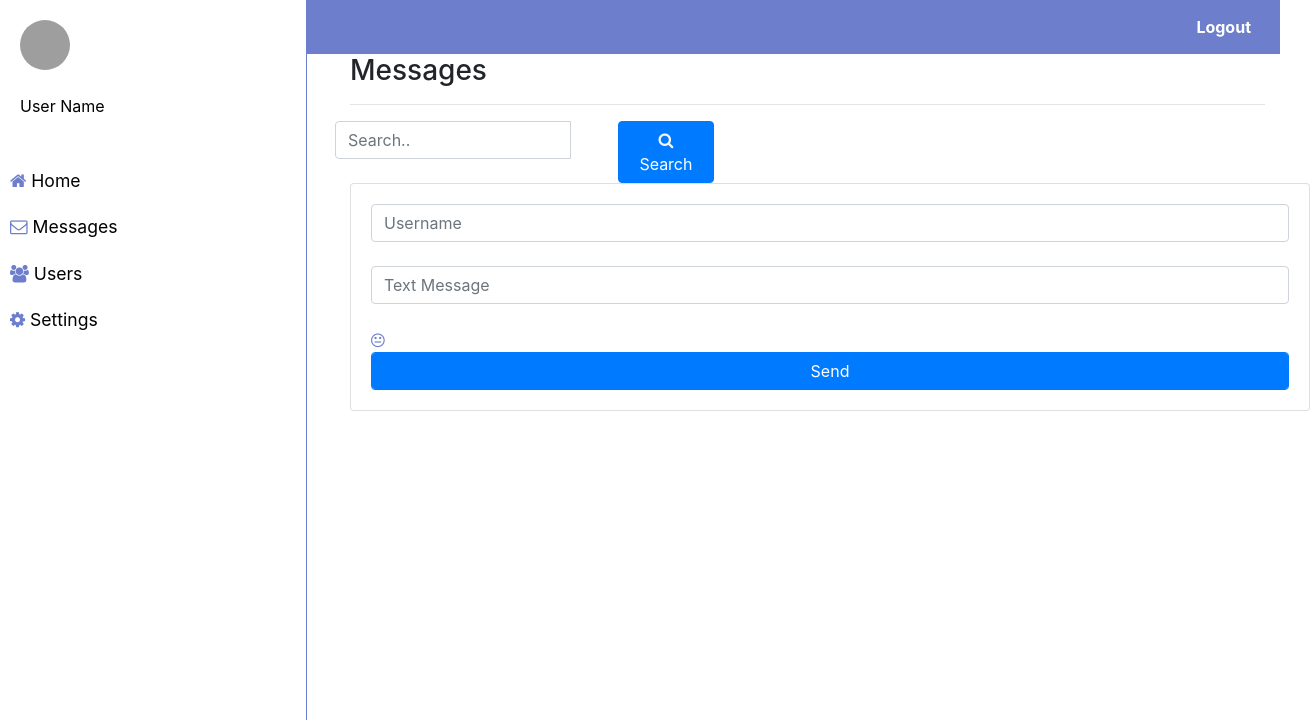
Repository: Evelyn-kate/chatapp-frontend-backend
Page: /messages (app in my-app/)
The author's editor kept a copy of each file at every save. The page is drawn from the files as they stood at one save, then again after the next save.
The browser window is 1280 px wide. The page is 1310 px wide, then 1280 px, so the pictures cover 1310 px, including what lies to the right of the window. The pictures show the whole page.
Pictures or frames that could not be fetched are drawn as grey boxes. The page's requests for data from a server got no answer. Some web libraries are served in a nearby version. The project was rebuilt for these pictures with package versions that can differ from the ones it lists, and the page was loaded fresh each time. No one was signed in, and anything a server would have sent is missing. Also part of the build but not shown: my-app/src/components/WelcomeComponent.jsx, my-app/src/components/LoginComponent.jsx, my-app/src/components/WelcomedComponent.jsx, my-app/src/components/UserComponent.jsx, my-app/src/components/SettingsComponent.jsx.

Above is the page before, as saved 2020-11-10 13:48:39.

### my-app/public/index.html
<!DOCTYPE html>
<html lang="en">

<head>
    <meta charset="utf-8" />
    <link rel="icon" href="%PUBLIC_URL%/favicon.ico" />
    <link rel="stylesheet" href="https://stackpath.bootstrapcdn.com/bootstrap/4.4.1/css/bootstrap.min.css" integrity="sha384-Vkoo8x4CGsO3+Hhxv8T/Q5PaXtkKtu6ug5TOeNV6gBiFeWPGFN9MuhOf23Q9Ifjh" crossOrigin="anonymous">
    <meta name="viewport" content="width=device-width, initial-scale=1" />
    <meta name="theme-color" content="#000000" />
    <meta name="description" content="Web site created using create-react-app" />
    <link rel="apple-touch-icon" href="%PUBLIC_URL%/logo192.png" />
    <link rel="stylesheet" href="https://cdnjs.cloudflare.com/ajax/libs/font-awesome/4.7.0/css/font-awesome.min.css" />

    <!--
      manifest.json provides metadata used when your web app is installed on a
      user's mobile device or desktop. See https://developers.google.com/web/fundamentals/web-app-manifest/
    -->
    <link rel="manifest" href="%PUBLIC_URL%/manifest.json" />
    <!--
      Notice the use of %PUBLIC_URL% in the tags above.
      It will be replaced with the URL of the `public` folder during the build.
      Only files inside the `public` folder can be referenced from the HTML.

      Unlike "/favicon.ico" or "favicon.ico", "%PUBLIC_URL%/favicon.ico" will
      work correctly both with client-side routing and a non-root public URL.
      Learn how to configure a non-root public URL by running `npm run build`.
    -->
    <title>React App</title>
</head>

<body>
    <noscript>You need to enable JavaScript to run this app.</noscript>

    <script src="https://code.jquery.com/jquery-3.4.1.slim.min.js" integrity="sha384-J6qa4849blE2+poT4WnyKhv5vZF5SrPo0iEjwBvKU7imGFAV0wwj1yYfoRSJoZ+n" crossOrigin="anonymous"></script>
    <script src="https://cdn.jsdelivr.net/npm/popper.js@1.16.0/dist/umd/popper.min.js" integrity="sha384-Q6E9RHvbIyZFJoft+2mJbHaEWldlvI9IOYy5n3zV9zzTtmI3UksdQRVvoxMfooAo" crossOrigin="anonymous"></script>
    <script src="https://stackpath.bootstrapcdn.com/bootstrap/4.4.1/js/bootstrap.min.js" integrity="sha384-wfSDF2E50Y2D1uUdj0O3uMBJnjuUD4Ih7YwaYd1iqfktj0Uod8GCExl3Og8ifwB6" crossOrigin="anonymous"></script>
    <!-- <script src="https://facebook.github.io/react/js/jsfiddle-integration-babel.js"></script> -->
    <script src="https://ajax.googleapis.com/ajax/libs/jquery/1.11.1/jquery.min.js"></script>




    <div id="root"></div>
    <!--
      This HTML file is a template.
      If you open it directly in the browser, you will see an empty page.

      You can add webfonts, meta tags, or analytics to this file.
      The build step will place the bundled scripts into the <body> tag.

      To begin the development, run `npm start` or `yarn start`.
      To create a production bundle, use `npm run build` or `yarn build`.
    -->
</body>

</html>

### my-app/src/index.js
import React from 'react';
import ReactDOM from 'react-dom';
import IndexComponent from './components/IndexComponent.jsx';
import './index.css';
import 'bootstrap/dist/css/bootstrap.min.css';
import './Login.scss';



ReactDOM.render( <
    IndexComponent / > ,
    document.getElementById('root')
);

### my-app/src/components/IndexComponent.jsx
import React from 'react';

import { BrowserRouter, Switch, Route } from 'react-router-dom';

import WelcomeComponent from './WelcomeComponent';

import LoginComponent from './LoginComponent';
import WelcomedComponent from './WelcomedComponent';
import UserComponent from './UserComponent';
import SettingsComponent from './SettingsComponent';
import MessageComponent from './MessageComponent';


class IndexComponent extends React.Component {
    render() {
        return (
            <BrowserRouter>
                <Switch>
                    <Route exact path="/" component={LoginComponent} />
                    <Route path="/welcome/username" component={WelcomeComponent} />
                    <Route exact path="/logout" component={LoginComponent} />
                    <Route exact path="/welcome/admin" component={WelcomedComponent} />
                    <Route exact path="/users" component={UserComponent} />
                    <Route exact path="/settings" component={SettingsComponent} />
                    <Route exact path="/messages" component={MessageComponent} />
                </Switch>
            </BrowserRouter>
        );
    }
}
export default IndexComponent;

### my-app/src/Login.scss
/* styling the login page*/


/* form {
    border: 3px solid #7c84ec;
    position: absolute;
    background: blue;
} */

.form-login {
    background-color: #318CE7;
    border: 3px solid #7c84ec;
    position: absolute;
}

.box-login {
    padding-top: 50px;
}

button {
    background-color: #dbf113;
    color: white;
    padding: 14px 20px;
    margin: 8px 0;
    border: none;
    cursor: pointer;
    width: 75%;
    float: right;
}

button:hover {
    opacity: 0.8;
}

button.logout {
    width: initial;
    color: #fff
}

// css avatar
.avatar {
    vertical-align: middle;
    width: 50px;
    height: 50px;
    border-radius: 50%;
}

span.psw {
    float: left;
    //padding-top: 16px;
}

.btn btn-outline-success my-2 my-sm-0 {
    width: 40%;
    padding-block: 80px;
}

// Welcome style
.main-text {
    display: flex;
    min-height: 80vh;
    align-items: center;
    justify-content: center;
}


/*my style sidebar start*/

.wrapper {
    display: flex;
    width: 100%;
    align-items: stretch;
    overflow-x: hidden;
    overflow-y: auto;
}

a[data-toggle="collapse"] {
    position: relative;
}

.dropdown-toggle::after {
    display: block;
    position: absolute;
    top: 50%;
    right: 20px;
    transform: translateY(-50%);
}

@media (max-width: 700px) {
    #sidebar {
        margin-left: -250px;
    }
    #sidebar.active {
        margin-left: 0;
    }
}


/*
    ADDITIONAL DEMO STYLE, NOT IMPORTANT TO MAKE THINGS WORK BUT TO MAKE IT A BIT NICER :)
*/

///@import "https://fonts.googleapis.com/css?family=Poppins:300,400,500,600,700";
body {
    font-family: 'Poppins', sans-serif;
    background: #fafafa;
    overflow: scroll;
}

p {
    font-family: 'Poppins', sans-serif;
    font-size: 1.1em;
    font-weight: 300;
    line-height: 1.7em;
    color: #000;
}

a,
a:hover,
a:focus {
    color: inherit;
    text-decoration: none;
    transition: all 0.3s;
}

#sidebar {
    /* don't forget to add all the previously mentioned styles here too */
    background: #fff;
    color: #000;
    transition: all 0.3s;
    height: 100%;
    width: 24%;
    position: fixed;
    //min-height: 1000px;
    z-index: 999;
    overflow: auto;
    top: 0;
    bottom: 0px;
    left: 0;
    border-right: 1px solid #6d7fcc;
}

#sidebar .sidebar-header {
    padding: 20px;
    background: #fff;
}

#sidebar ul.components {
    padding: 20px 0;
    //  border-bottom: 1px solid #47748b;
}

#sidebar ul p {
    color: #fff;
    padding: 10px;
}

#sidebar ul li a {
    padding: 10px;
    font-size: 1.1em;
    display: block;
    text-decoration: none;
    color: #000;
}

#sidebar ul li a:hover {
    color: #000;
    background: #cecece;
}

#sidebar ul li.active>a,
a[aria-expanded="true"] {
    color: #000;
    background: #cecece;
}

ul ul a {
    font-size: 0.9em !important;
    padding-left: 30px !important;
    background: #fff;
}


/*my style sidebar end*/

.navbarr {
    background-color: #6d7fcc;
    padding-left: 0%;
}

.navbardiv {
    margin-left: -30px;
}

.fa {
    color: #6d7fcc;
}


/* Add media queries for small screens (when the height of the screen is less than 450px, add a smaller padding and font-size) */


/* @media screen and (max-height: 450px) {
    .sidebar {
        padding-top: 15px;
    }
    .sidebar a {
        font-size: 18px;
    }
}
 */


/*message start style*/

.container1 {
    border: 2px solid #dedede;
    background-color: #fff;
    border-radius: 5px;
    padding: 10px;
    margin: 10px 10px 10px 10px;
}


/* Darker chat container */

.darker {
    border-color: #ccc;
    background-color: #ddd;
}


/* Clear floats */

.container1::after {
    content: "";
    clear: both;
    display: table;
}


/* Style time text */

.time-right {
    float: right;
    color: #aaa;
}


/* Style time text */

.time-left {
    float: left;
    color: #999;
}

.publisher {
    position: relative;
    display: -webkit-box;
    display: flex;
    -webkit-box-align: center;
    align-items: center;
    padding: 12px 20px;
    background-color: #f9fafb
}

.publisher>*:first-child {
    margin-left: 0
}

.publisher>* {
    margin: 0 8px
}

.publisher-input {
    -webkit-box-flex: 1;
    flex-grow: 1;
    border: none;
    outline: none !important;
    background-color: transparent
}

.publisher-btn {
    background-color: transparent;
    border: none;
    color: #8b95a5;
    font-size: 16px;
    cursor: pointer;
    overflow: -moz-hidden-unscrollable;
    -webkit-transition: .2s linear;
    transition: .2s linear
}

.file-group input[type="file"] {
    position: absolute;
    opacity: 0;
    z-index: -1;
    width: 20px
}

.text-info {
    color: #48b0f7;
}


/* Style message avatar */

.container1 img {
    float: left;
    max-width: 60px;
    width: 100%;
    margin-right: 20px;
    border-radius: 50%;
}


/* Style the right image */

.container1 img.right {
    float: right;
    margin-left: 20px;
    margin-right: 0;
}


/*message styles end*/

@import "~bootstrap/scss/bootstrap";

### my-app/src/components/MessageComponent.jsx
import React from 'react';
import io from 'socket.io-client';
import NavComponent from './NavComponent';
import SideComponent from './SideComponent';



class MessageComponent extends React.Component {
    // logout() {
    //     this.props.history.push('/logout');
    // }
    constructor(props) {
        super(props);

        this.state = {
            username: '',
            message: '',
            messages: []
        };
        this.socket = io('localhost:8080');

        this.socket.on('RECEIVE_MESSAGE', function (data) {
            addMessage(data);
        });

        const addMessage = data => {
            console.log(data);
            this.setState({ messages: [...this.state.messages, data] });
            console.log(this.state.messages);
        };


        this.sendMessage = ev => {
            ev.preventDefault();
            this.socket.emit('SEND_MESSAGE', {
                author: this.state.username,
                message: this.state.message
            })
            this.setState({ message: '' });
        }
    }

    render() {
        return (
            <div>

                <div className="container-fluid">
                    <div className="row">
                        {/* <!-- The sidebar --> */}
                        <div className="col-3">
                            <div>
                                <SideComponent />
                            </div>
                        </div>
                        <div className="col-9 pr-0">

                            {/*navbar component*/}

                            <NavComponent history={this.props.history} />

                            <div className="container">
                                <div className="panel panel-info">
                                    <div className="panel-heading">
                                        <h3> Messages</h3>
                                        <hr />
                                    </div>

                                    <div className="panel-body">

                                        <div className="row">
                                            <div className="input-group">
                                                <input type="text" placeholder="Search.." className="form-control col-3" />
                                                <div className="input-group-btn col-2">
                                                    <button type="submit" className="btn btn-primary" type="button" onClick={(e) => { e.preventDefault(); window.location.href = 'http://google.com'; }}>
                                                        <i className="fa fa-search" style={{ color: "whitesmoke" }}></i> Search</button>
                                                </div>
                                            </div>
                                        </div>
                                        {/*

                                            <div className="container1">
                                                <img src="../User.jpg" alt="Avatar"/>
                                                    <p>Hello. How are you today?</p>
                                                    <span className="time-right">11:00</span>
                                            </div>

                                            <div className="container1 darker">
                                                <img src="/w3images/avatar_g2.jpg" alt="Avatar" class="right"/>
                                                    <p>Hey! I'm fine. Thanks for asking!</p>
                                                    <span className="time-left">11:01</span>
                                            </div>

                                            <div className="container1">
                                                <img src="/w3images/bandmember.jpg" alt="Avatar"/>
                                                    <p>Sweet! So, what do you wanna do today?</p>
                                                    <span className="time-right">11:02</span>
                                            </div>

                                            <div className="container1 darker">
                                                <img src="/w3images/avatar_g2.jpg" alt="Avatar" class="right"/>
                                                    <p>Nah, I dunno. Play soccer.. or learn more coding perhaps?</p>
                                                    <span className="time-left">11:05</span>
                                            </div> */}





                                        {/* <div>
                                                <form action="." onSubmit={e => {
                                                    e.preventDefault()
                                                    this.props.onSubmitMessage(this.state.message)
                                                    this.setState({ message: '' })
                                                }}
                                                >
                                                    <input type="text" placeholder={'Enter message...'} value={this.state.message}
                                                        onChange={e => this.setState({ message: e.target.value })}
                                                    />
                                                    <input type="submit" value={'Send'} />
                                                    <div className="publisher-btn" data-abc="true"><i className="fa fa-paper-plane"></i> <div className="publisher-btn text-info" data-abc="true"></div> </div>

                                                </form>
                                            </div> */}
                                        {/* making the send message properties to function*/}
                                        <div className="messages">
                                            {this.state.messages.map(message => {
                                                return (
                                                    <div>{message.author}: {message.message}</div>
                                                )
                                            })}
                                        </div>

                                        <div className="card" style={{ width: "60rem", }} >
                                            <div className="card-body">
                                                <input type="text" placeholder="Username" value={this.state.username} onChange={ev => this.setState({ username: ev.target.value })} className="form-control" />
                                                <br />
                                                <input type="text" placeholder="Text Message" className="form-control" value={this.state.message} onChange={ev => this.setState({ message: ev.target.value })} />
                                                <br />
                                                <div className="publisher-btn" data-abc="true"><i className="fa fa-meh-o"></i> <div className="publisher-btn text-info" data-abc="true"></div> </div>
                                                <button onClick={this.sendMessage} className="btn btn-primary form-control">Send</button>
                                            </div>
                                        </div>
                                    </div>
                                </div>
                            </div>
                        </div>
                    </div>
                </div>
            </div>
        );
    }
}
export default MessageComponent;

### my-app/src/components/NavComponent.jsx
import React from 'react';

class NavComponent extends React.Component{
    logout = () => {
        this.props.history.push('/logout');
    }
    render () {
        return (
            <div className="navbardiv">
                <nav className="navbar navbarr justify-content-end navbar-expand-lg">
                    <button className="btn btn-default logout" type="submit" onClick={this.logout}> <b>Logout</b></button>
                </nav>
            </div>
        );

    }
}
export default NavComponent;

### my-app/src/components/SideComponent.jsx
import React from 'react';

class SideComponent extends React.Component{
    render () {
        return (
/*             <div class="sidebar">
            <img src="/images/User_Avatar_2.png" alt="Avatar" className="avatar"/>
            <h1>Username</h1>
            <h4>User@worldvoice.eu</h4>
            <a href="#home"><i className="fa fa-fw fa-envelope"></i>Messages</a>
            <a href="#clients"><i className="fa fa-fw fa-user"></i> Users</a>
            <a href="#contact"><i className="fa fa-fw fa-cog"></i>Settings</a>
         </div>*/


    <nav id="sidebar">
        <div class="sidebar-header">
            <div>
                <img src="images/User.jpg" alt="Avatar" className="avatar"/>
            </div>
            <br/>
            <span>User Name</span>

        </div>

        <ul class="list-unstyled components">
            <li>

                <a href=" http://localhost:3000/welcome/username">
                    <i class="fa fa-home" aria-hidden="true"></i>     Home
                </a>
            </li>

            <li>

                <a href=" http://localhost:3000/messages">
                    <i class="fa fa-envelope-o" aria-hidden="true"></i>     Messages
                </a>
            </li>

            <li>
                <a href=" http://localhost:3000/users"><i class="fa fa-users" aria-hidden="true"></i>     Users</a>
            </li>
            <li>
                <a href=" http://localhost:3000/settings"><i class="fa fa-cog" aria-hidden="true"></i>     Settings</a>
            </li>
        </ul>
    </nav>




        );


    }

}
export default SideComponent;

Loaded but not shown: my-app/src/index.css (common file)

After the next save:
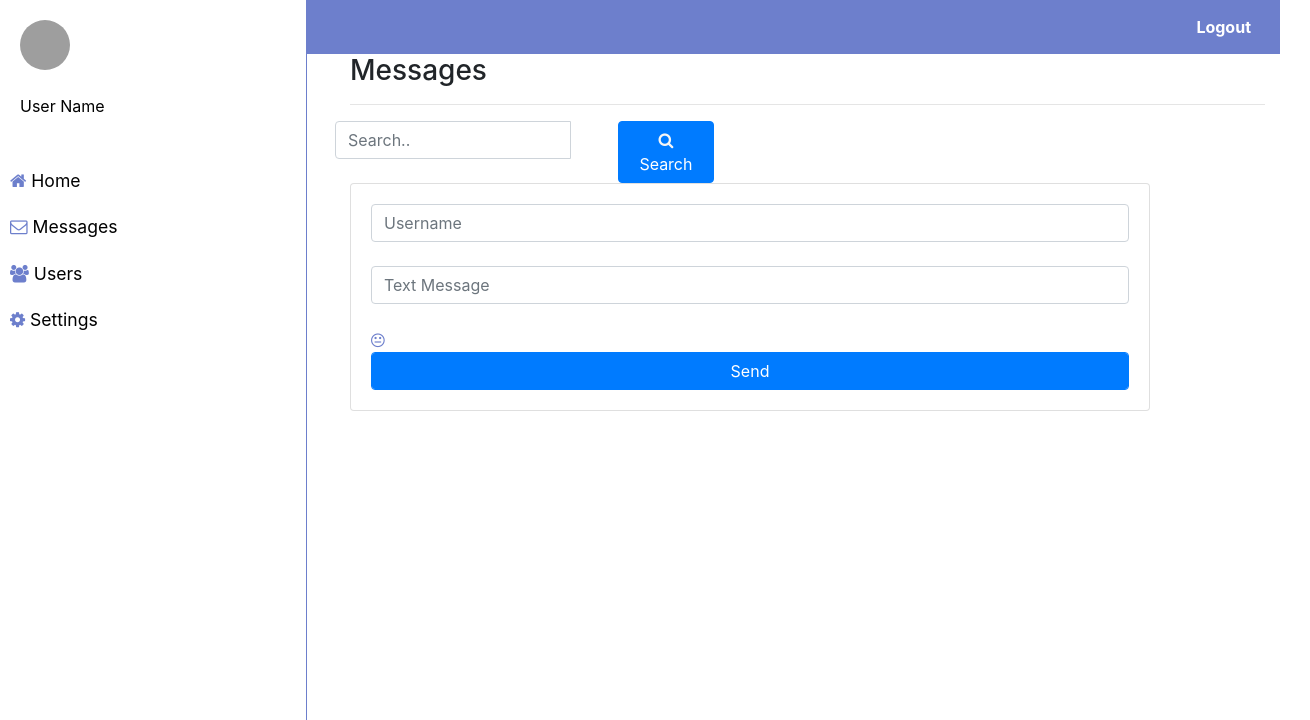
Saved 2 min 18 s later.
--- a/my-app/src/components/MessageComponent.jsx
+++ b/my-app/src/components/MessageComponent.jsx
@@ -130,7 +130,7 @@ class MessageComponent extends React.Component {
                                             })}
                                         </div>
 
-                                        <div className="card" style={{ width: "60rem", }} >
+                                        <div className="card" style={{ width: "50rem", }} >
                                             <div className="card-body">
                                                 <input type="text" placeholder="Username" value={this.state.username} onChange={ev => this.setState({ username: ev.target.value })} className="form-control" />
                                                 <br />
